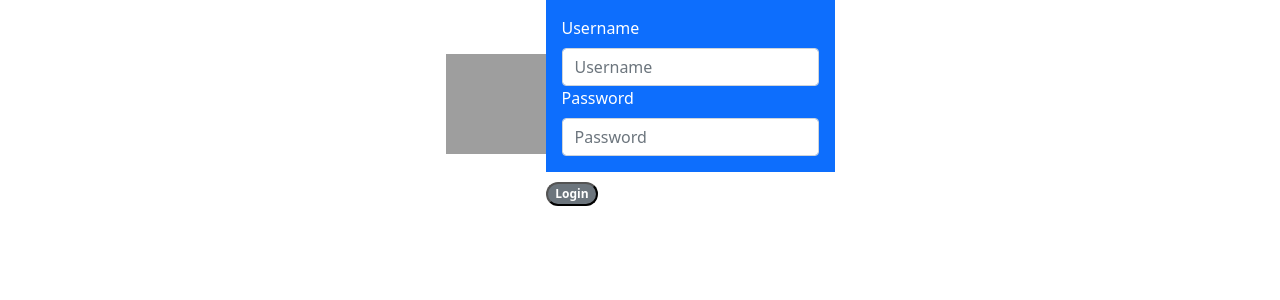
Repository: dilaraozdem1r/BooksApp
Page: /admin
An editor plug-in stored every save of this project. The page is shown before and after the next save, followed by the edit.
The browser window is 1280 px wide. The pictures show the whole page.
Pictures or frames that could not be fetched are drawn as grey boxes. The page's requests for data from a server got no answer. The project was rebuilt for these pictures with package versions that can differ from the ones it lists, and the page was loaded fresh each time. No one was signed in, and anything a server would have sent is missing. Also part of the build but not shown: src/Components/BookList.js, src/Components/SearchBar.js.

Above is the page before, as saved 2021-08-20 13:45:25.

### public/index.html
<!DOCTYPE html>
<html lang="en">
  <head>
    <meta charset="utf-8" />
    <link rel="icon" href="%PUBLIC_URL%/favicon.ico" />
    <meta name="viewport" content="width=device-width, initial-scale=1" />
    <meta name="theme-color" content="#000000" />
    <meta
      name="description"
      content="Web site created using create-react-app"
    />
    <link rel="apple-touch-icon" href="%PUBLIC_URL%/logo192.png" />
    <!--
      manifest.json provides metadata used when your web app is installed on a
      user's mobile device or desktop. See https://developers.google.com/web/fundamentals/web-app-manifest/
    -->
    <link rel="manifest" href="%PUBLIC_URL%/manifest.json" />
    <!--
      Notice the use of %PUBLIC_URL% in the tags above.
      It will be replaced with the URL of the `public` folder during the build.
      Only files inside the `public` folder can be referenced from the HTML.

      Unlike "/favicon.ico" or "favicon.ico", "%PUBLIC_URL%/favicon.ico" will
      work correctly both with client-side routing and a non-root public URL.
      Learn how to configure a non-root public URL by running `npm run build`.
    -->
    <link href="https://cdn.jsdelivr.net/npm/bootstrap@5.0.2/dist/css/bootstrap.min.css" rel="stylesheet" integrity="sha384-EVSTQN3/azprG1Anm3QDgpJLIm9Nao0Yz1ztcQTwFspd3yD65VohhpuuCOmLASjC" crossorigin="anonymous">
    <title>Books App</title>
  </head>
  <body>
    <noscript>You need to enable JavaScript to run this app.</noscript>
    <div id="root"></div>
    <!--
      This HTML file is a template.
      If you open it directly in the browser, you will see an empty page.

      You can add webfonts, meta tags, or analytics to this file.
      The build step will place the bundled scripts into the <body> tag.

      To begin the development, run `npm start` or `yarn start`.
      To create a production bundle, use `npm run build` or `yarn build`.
    -->
    <script src="https://cdn.jsdelivr.net/npm/bootstrap@5.0.2/dist/js/bootstrap.bundle.min.js" integrity="sha384-MrcW6ZMFYlzcLA8Nl+NtUVF0sA7MsXsP1UyJoMp4YLEuNSfAP+JcXn/tWtIaxVXM" crossorigin="anonymous"></script>
  </body>
</html>

### src/index.js
import React from 'react'
import ReactDOM from 'react-dom'
import App from './Components/App'

ReactDOM.render(
    <App />,
    document.getElementById('root')

);

### src/Components/App.js
import React from 'react'
import { BrowserRouter as Router, Switch, Route, Link } from "react-router-dom";
import Books from './BookList';
import axios from 'axios'
import SearchBar from './SearchBar'
import Admin from './Admin'

class App extends React.Component {
  state = {
    books: [],
    searchQuery:""
  }

  async componentDidMount() {
    this.getBooks();

  }
  async getBooks() {
    const response = await axios.get(" http://localhost:3004/books");

    this.setState({ books: response.data })

  }
  searchMovie=(event)=>{
    this.setState({
      searchQuery:event.target.value
    })

  }

  render() {

    let filteredBooks=this.state.books.filter(
      (book)=>{
        return book.name.toLowerCase().indexOf(this.state.searchQuery.toLowerCase()) !== -1 }
    ).sort((a,b)=>{
      return a.id < b.id ? 1 : a.id > b.id ? -1 : 0 ;
    });



    return (
      <Router>
      <Switch>
      <Route path="/" exact render={() => (
            <React.Fragment>
      <div>
        <nav className="navbar navbar-light bg-light">
            <div className="container-fluid">
            <a class="navbar-brand">
          <img src="https://encrypted-tbn0.gstatic.com/images?q=tbn:ANd9GcRZ-o86obF-UTdLqsqqiUM6O82URx7R52fXlw&usqp=CAU" alt="" width="50" height="40" class="d-inline-block align-text-top"/>
          </a>

            <SearchBar search={this.searchMovie} />
            <div className="col ol-md-5">
                        <Link
                            to="/admin"
                            type="button"
                            className="btn btn-danger"
                            style={{ float: 'right' }}
                        >Admin Login</Link>
                    </div>

            </div>
          </nav>
      </div>
    <div>
              <Books books={filteredBooks} />
          </div>

    </React.Fragment> )}>
    </Route>

    <Route path="/admin" render={({ history }) => (
            <Admin  />
          )}>
          </Route>
    <div>
      <button class="navbar-toggler" type="button" data-bs-toggle="collapse" data-bs-target="#navbarSupportedContent" aria-controls="navbarSupportedContent" aria-expanded="false" aria-label="Toggle navigation">Admin Login</button>
    </div>












      </Switch>
      </Router>
        );
}
}
        export default App;

### src/Components/Admin.js
import React from 'react';
import { BrowserRouter as Router, Switch, Route, Link } from "react-router-dom";
class Admin extends React.Component {

    render() {
        return (

            <Router>
                <Switch>

                <section class="h-100">


  <header class="container h-100">



    <div class="d-flex align-items-center justify-content-center h-100">
    <div><img src="https://encrypted-tbn0.gstatic.com/images?q=tbn:ANd9GcRZ-o86obF-UTdLqsqqiUM6O82URx7R52fXlw&usqp=CAU" alt="" width="100" height="100" class="d-inline-block align-text-top"/>
                </div>
                    <form>
                    <div class="p-3 mb-2 bg-primary text-white">
                    <div class="col-md-100">
                            <label for="exampleInputEmail1" class="form-label">Username</label>
                            <input type="text" className="form-control" placeholder="Username" aria-label="First name"/>

                        </div>
                        <div class="col-md-50">
                                <label for="exampleInputPassword1" className="form-label">Password</label>
                                <input type="password" className="form-control" placeholder="Password" aria-label="Last name"/>
                            </div>
                            </div>

                           <div ><button type="submit" className="badge rounded-pill bg-secondary" width="">Login</button></div>
                    </form>


                    </div>
                    </header>
                    </section>

                </Switch>
        </Router>


                        )
    }

}
export default Admin;

After the next save:
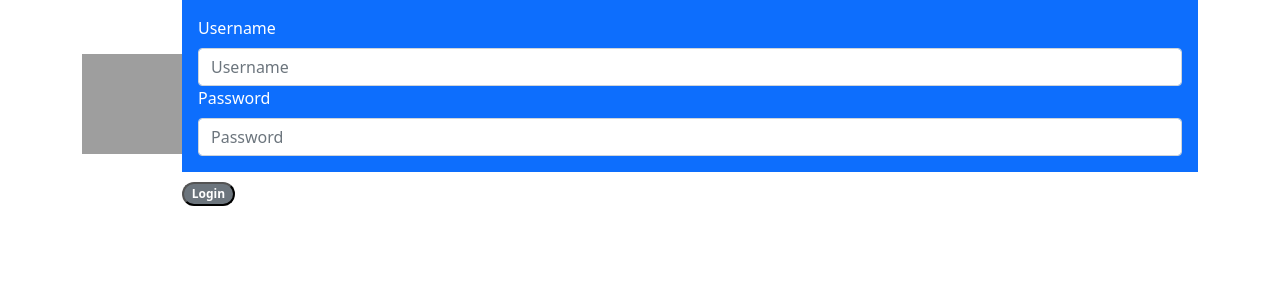
Saved 34 s later.
--- a/src/Components/Admin.js
+++ b/src/Components/Admin.js
@@ -18,6 +18,7 @@ class Admin extends React.Component {
     <div class="d-flex align-items-center justify-content-center h-100">
     <div><img src="https://encrypted-tbn0.gstatic.com/images?q=tbn:ANd9GcRZ-o86obF-UTdLqsqqiUM6O82URx7R52fXlw&usqp=CAU" alt="" width="100" height="100" class="d-inline-block align-text-top"/>
                 </div>
+                <div className="col">
                     <form>
                     <div class="p-3 mb-2 bg-primary text-white">
                     <div class="col-md-100">
@@ -33,6 +34,7 @@ class Admin extends React.Component {
 
                            <div ><button type="submit" className="badge rounded-pill bg-secondary" width="">Login</button></div>
                     </form>
+                    </div>
 
 
                     </div>
